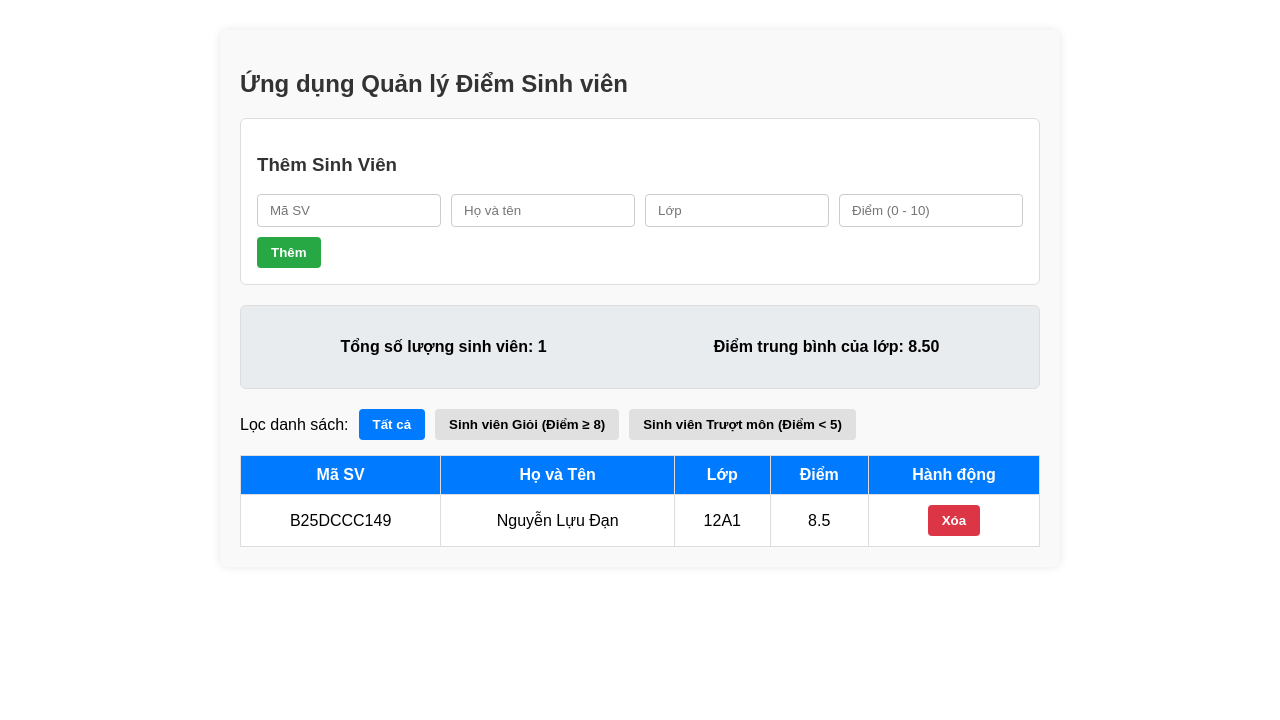
Repository: bachphamudu/B25DCCC030
Page: /
An editor plug-in stored every save of this project. The page is shown before and after the next save, followed by the edit.
The browser window is 1280 px wide. The pictures show the whole page.
The project was rebuilt for these pictures with package versions that can differ from the ones it lists, and the page was loaded fresh each time.

Above is the page before, as saved 2026-10-15 10:08:00.

### src/App.js
import React, { useState } from 'react';
import './App.css';

const StudentItem = (sql) => {
  return (
    <tr>
      <td>{sql.student.id}</td>
      <td>{sql.student.name}</td>
      <td>{sql.student.className}</td>
      <td>{sql.student.score}</td>
      <td>
        <button
          type="button"
          className="btn-delete"
          onClick={() => sql.onDelete(sql.student.id)}
        >
          Xóa
        </button>
      </td>
    </tr>
  );
};

const StudentTable = (sql) => {
  if (sql.students.length === 0) {
    return <p className="empty-text">Không có sinh viên nào phù hợp.</p>;
  }

  return (
    <table className="student-table">
      <thead>
        <tr>
          <th>Mã SV</th>
          <th>Họ và Tên</th>
          <th>Lớp</th>
          <th>Điểm</th>
          <th>Hành động</th>
        </tr>
      </thead>
      <tbody>
        {sql.students.map((student) => (
          <StudentItem
            key={student.id}
            student={student}
            onDelete={sql.onDelete}
          />
        ))}
      </tbody>
    </table>
  );
};

const App = () => {
  const [students, setStudents] = useState([
    { id: 'B25DCCC149', name: 'Nguyễn Lựu Đạn', score: 8.5, className: '12A1' },

  ]);

  const [formData, setFormData] = useState({
    id: '',
    name: '',
    score: '',
    className: '',
  });

  const [errorMessage, setErrorMessage] = useState('');
  const [filterType, setFilterType] = useState('ALL');

  const handleInputChange = (e) => {
    const name = e.target.name;
    const value = e.target.value;
    setFormData((prev) => ({
      ...prev,
      [name]: value,
    }));
  };

  const handleAddStudent = (e) => {
    e.preventDefault();

    if (!formData.id.trim() || !formData.name.trim() || !formData.className.trim() || formData.score === '') {
      setErrorMessage('Vui lòng điền đầy đủ tất cả các trường!');
      return;
    }

    const isExisted = students.some(
      (s) => String(s.id).trim().toLowerCase() === formData.id.trim().toLowerCase()
    );
    if (isExisted) {
      setErrorMessage(`Mã sinh viên "${formData.id.trim()}" đã tồn tại! Vui lòng chọn mã khác.`);
      return;
    }

    const numericScore = parseFloat(formData.score);
    if (isNaN(numericScore) || numericScore < 0 || numericScore > 10) {
      setErrorMessage('Điểm số phải là số từ 0 đến 10!');
      return;
    }

    const newStudent = {
      id: formData.id.trim(),
      name: formData.name.trim(),
      score: numericScore,
      className: formData.className.trim(),
    };

    setStudents((prev) => [...prev, newStudent]);
    setFormData({ id: '', name: '', score: '', className: '' });
    setErrorMessage('');
  };

  const handleDeleteStudent = (idToDelete) => {
    setStudents((prev) => prev.filter((student) => String(student.id) !== String(idToDelete)));
  };

  const filteredStudents = students.filter((student) => {
    if (filterType === 'EXCELLENT') return student.score >= 8;
    if (filterType === 'FAILED') return student.score < 5;
    return true;
  });

  const totalStudents = students.length;
  const averageScore = totalStudents > 0
    ? (students.reduce((sum, current) => sum + current.score, 0) / totalStudents).toFixed(2)
    : 0;

  return (
    <div className="container">
      <h2>Ứng dụng Quản lý Điểm Sinh viên</h2>

      <div className="card">
        <h3>Thêm Sinh Viên</h3>
        {errorMessage && <p className="error-alert">{errorMessage}</p>}
        <form onSubmit={handleAddStudent} className="form-group">
          <input
            type="text"
            name="id"
            placeholder="Mã SV"
            value={formData.id}
            onChange={handleInputChange}
          />
          <input
            type="text"
            name="name"
            placeholder="Họ và tên"
            value={formData.name}
            onChange={handleInputChange}
          />
          <input
            type="text"
            name="className"
            placeholder="Lớp"
            value={formData.className}
            onChange={handleInputChange}
          />
          <input
            type="number"
            name="score"
            placeholder="Điểm (0 - 10)"
            step="0.1"
            value={formData.score}
            onChange={handleInputChange}
          />
          <button type="submit" className="btn-add">Thêm</button>
        </form>
      </div>

      <div className="card stats-card">
        <p>{`Tổng số lượng sinh viên: ${totalStudents}`}</p>
        <p>{`Điểm trung bình của lớp: ${averageScore}`}</p>
      </div>

      <div className="filter-group">
        <span>Lọc danh sách: </span>
        <button
          type="button"
          className={filterType === 'ALL' ? 'active' : ''}
          onClick={() => setFilterType('ALL')}
        >
          Tất cả
        </button>
        <button
          type="button"
          className={filterType === 'EXCELLENT' ? 'active' : ''}
          onClick={() => setFilterType('EXCELLENT')}
        >
          Sinh viên Giỏi (Điểm &ge; 8)
        </button>
        <button
          type="button"
          className={filterType === 'FAILED' ? 'active' : ''}
          onClick={() => setFilterType('FAILED')}
        >
          Sinh viên Trượt môn (Điểm &lt; 5)
        </button>
      </div>

      <StudentTable
        students={filteredStudents}
        onDelete={handleDeleteStudent}
      />
    </div>
  );
};

export default App;

### src/App.css
.container {
  max-width: 800px;
  margin: 30px auto;
  padding: 20px;
  font-family: Arial, sans-serif;
  background-color: #f9f9f9;
  border-radius: 8px;
  box-shadow: 0 0 10px rgba(0, 0, 0, 0.1);
}

h2, h3 {
  color: #333;
}

.card {
  background: white;
  padding: 16px;
  border-radius: 6px;
  margin-bottom: 20px;
  border: 1px solid #ddd;
}

.form-group {
  display: flex;
  gap: 10px;
  flex-wrap: wrap;
}

.form-group input {
  padding: 8px 12px;
  border: 1px solid #ccc;
  border-radius: 4px;
  flex: 1;
  min-width: 140px;
}

.error-alert {
  color: red;
  margin-bottom: 10px;
  font-size: 14px;
}

button {
  cursor: pointer;
  padding: 8px 14px;
  border: none;
  border-radius: 4px;
  font-weight: bold;
}

.btn-add {
  background-color: #28a745;
  color: white;
}

.btn-delete {
  background-color: #dc3545;
  color: white;
}

.stats-card {
  display: flex;
  justify-content: space-around;
  font-weight: bold;
  background-color: #e9ecef;
}

.filter-group {
  margin-bottom: 15px;
  display: flex;
  align-items: center;
  gap: 10px;
}

.filter-group button {
  background-color: #e0e0e0;
}

.filter-group button.active {
  background-color: #007bff;
  color: white;
}

.student-table {
  width: 100%;
  border-collapse: collapse;
  background: white;
}

.student-table th, .student-table td {
  border: 1px solid #ddd;
  padding: 10px;
  text-align: center;
}

.student-table th {
  background-color: #007bff;
  color: white;
}

.student-table tr:hover {
  background-color: #f1f1f1;
}

.empty-text {
  text-align: center;
  color: #777;
  font-style: italic;
}

Loaded but not shown: public/index.html (common file); src/index.js (common file); src/index.css (common file); src/reportWebVitals.js (common file)

After the next save:
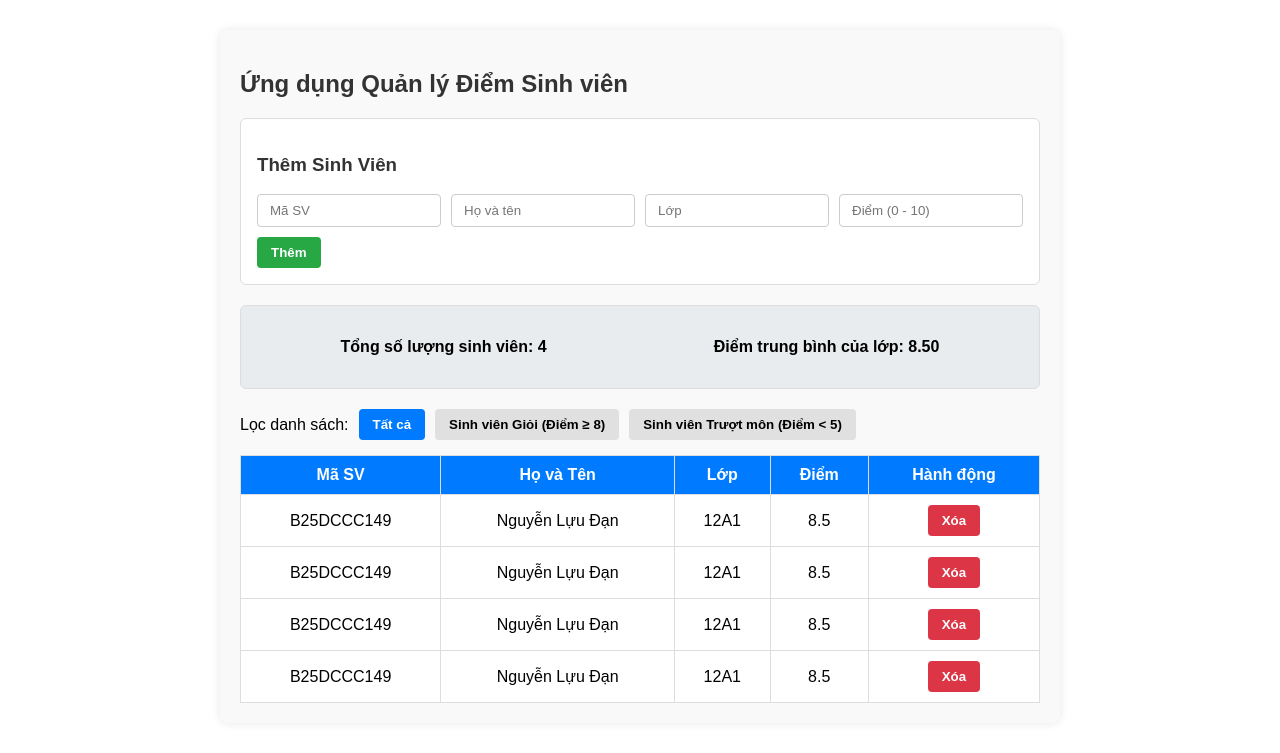
Saved 4 s later.
--- a/src/App.js
+++ b/src/App.js
@@ -53,6 +53,9 @@ const StudentTable = (sql) => {
 const App = () => {
   const [students, setStudents] = useState([
     { id: 'B25DCCC149', name: 'Nguyễn Lựu Đạn', score: 8.5, className: '12A1' },
+    { id: 'B25DCCC149', name: 'Nguyễn Lựu Đạn', score: 8.5, className: '12A1' },
+    { id: 'B25DCCC149', name: 'Nguyễn Lựu Đạn', score: 8.5, className: '12A1' },
+    { id: 'B25DCCC149', name: 'Nguyễn Lựu Đạn', score: 8.5, className: '12A1' },
 
   ]);
 
